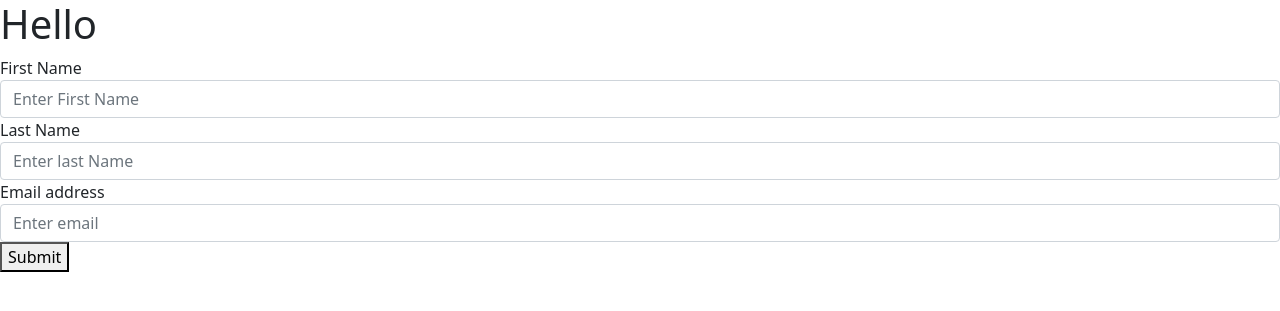
Repository: Siddhant1401/Aurionpro-J2EE
Page: http://localhost/08-STUDENT-MVC/add-Student.jsp
These files come from the project's save history. The page is drawn as it stood at one moment and after the next save; the edit follows.
The browser window is 1280 px wide. The pictures show the whole page.
The page is served by Tomcat 9.

Above is the page before, as saved 2023-10-18 04:23:02.

After the next save:
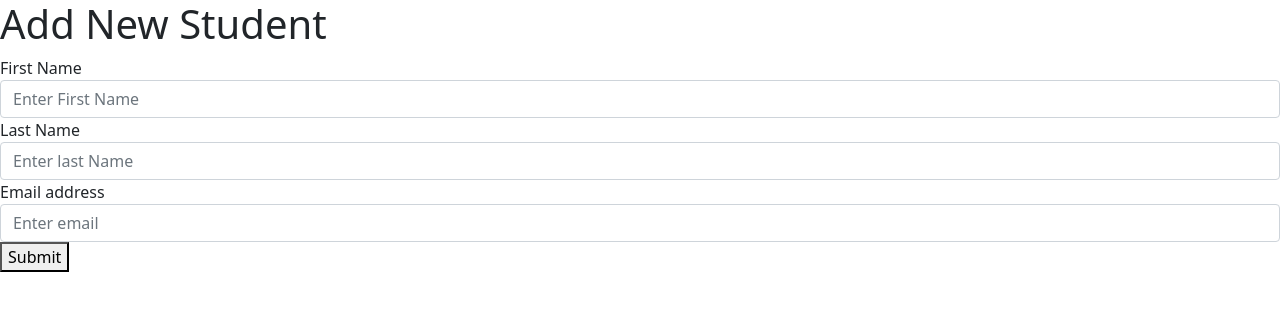
Saved 21 s later.
--- a/08-STUDENT-MVC/WebContent/add-Student.jsp
+++ b/08-STUDENT-MVC/WebContent/add-Student.jsp
@@ -16,7 +16,7 @@
 	crossorigin="anonymous"></script>
 </head>
 <body>
-	<h1>Hello</h1>
+	<h1>Add New Student</h1>
 	<form action="StudentController" method="get">
 		<div class="form-group">
 			<label for="first_name">First Name </label> <input type="text"
